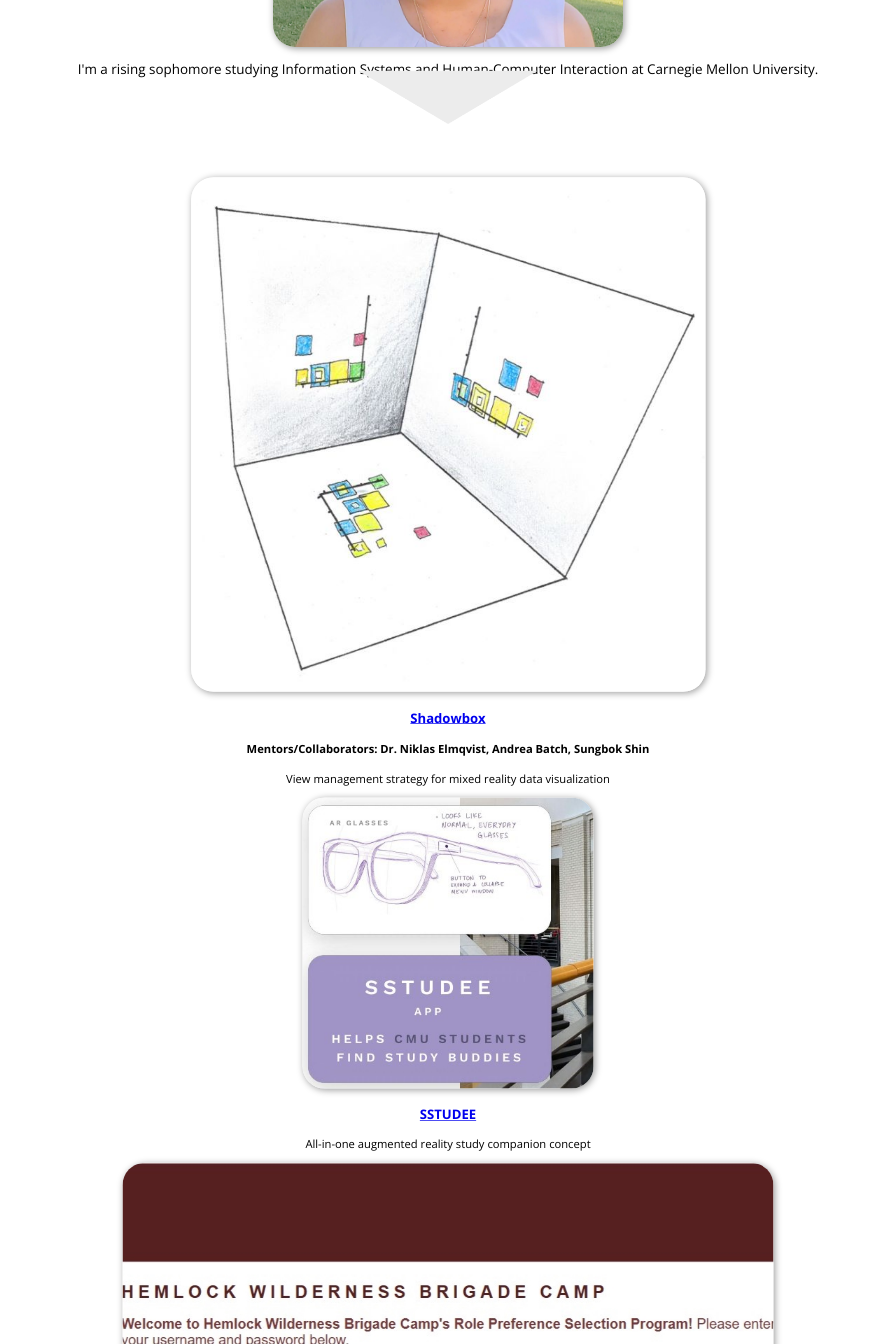
Repository: liu-julia/liu-julia.github.io
Page: index.html
An editor plug-in stored every save of this project. The page is shown before and after the next save, followed by the edit.
The browser window is 1280 px wide. The pictures show the part of the page from y = 513 to 2433 px (the page is 4994 px tall before and 5090 px after), at 70% of full size.

Above is the page before, as saved 2022-08-02 11:55:10.

After the next save:
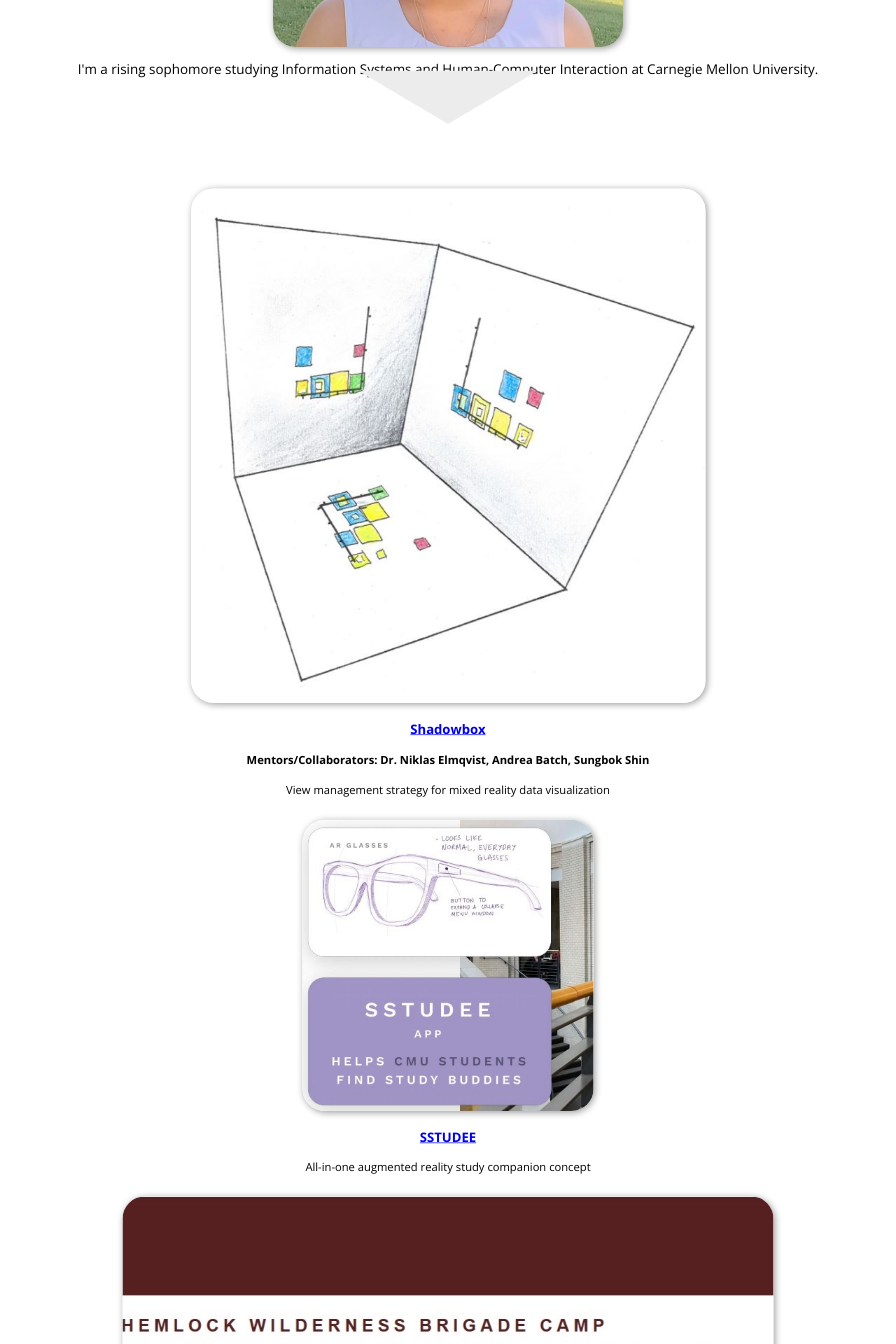
Saved 9 s later.
--- a/css/mobile.css
+++ b/css/mobile.css
@@ -88,8 +88,8 @@ a img {
     width: 80%;
     margin-left: auto;
     margin-right: auto;
-    margin-top: 1em;
-    margin-bottom: 1em;
+    margin-top: 2em;
+    margin-bottom: 2em;
     text-align: center;
 }
 .project img {
